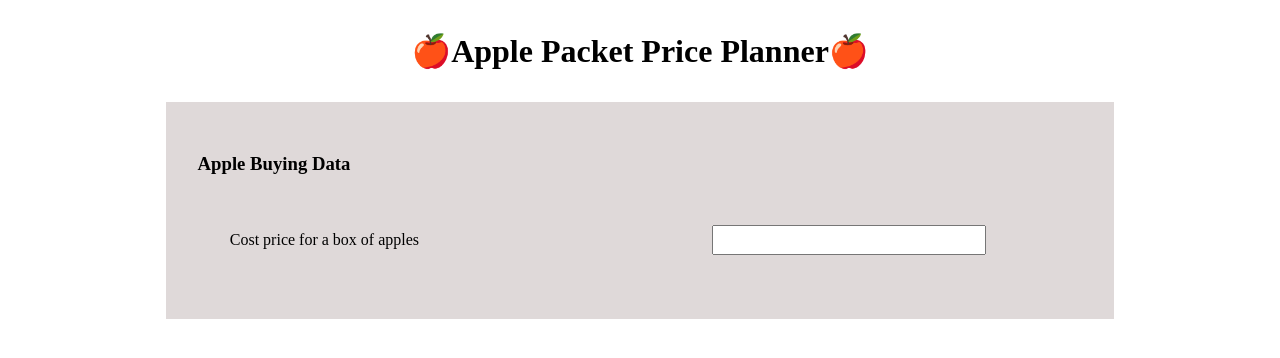
Repository: lasity34/apple-packet-price-planner
Page: index.html
An editor plug-in stored every save of this project. The page is shown before and after the next save, followed by the edit.
The browser window is 1280 px wide. The pictures show the whole page.

Above is the page before, as saved 2023-05-29 09:38:27.

After the next save:
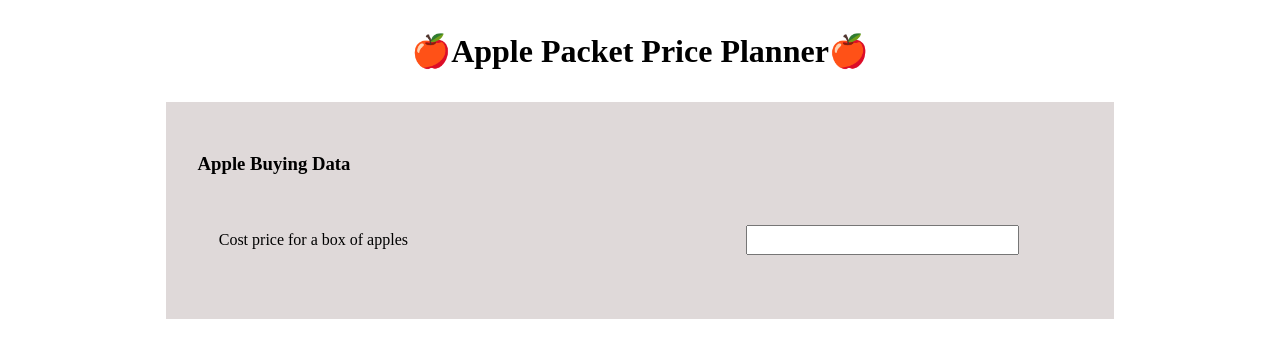
Saved 5 s later.
--- a/style.css
+++ b/style.css
@@ -26,6 +26,6 @@ main {
 }
 
 .input_container label {
-    width: 40%;
+    width: 50%;
    align-self: center;
 }
